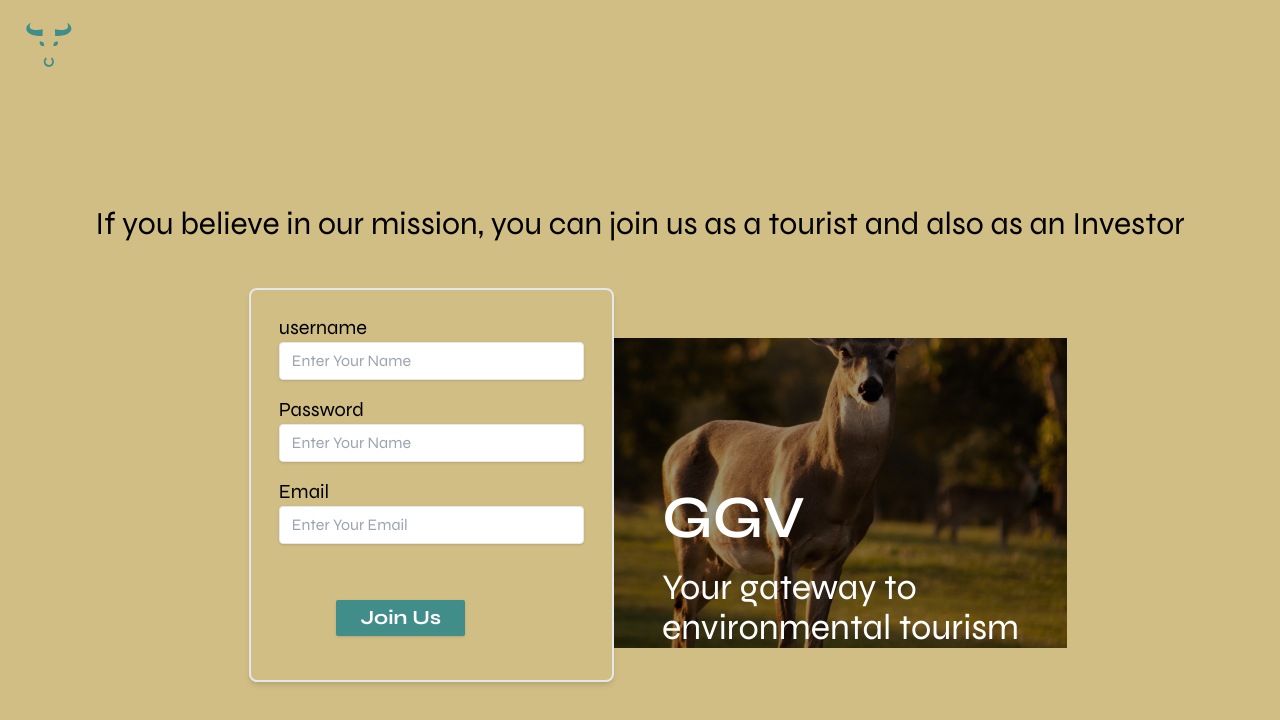
Repository: EngrAhmadUmar/landing-page
Page: /register
The author's editor kept a copy of each file at every save. The page is drawn from the files as they stood at one save, then again after the next save.
The browser window is 1280 px wide. The pictures show the whole page.
The project was rebuilt for these pictures with package versions that can differ from the ones it lists, and the page was loaded fresh each time. The framework's server and built-in components were replaced by stand-ins that run in the browser. Also part of the build but not shown: next.config.js, styles/Home.module.css, src/Components/ApplyPageComponents/ApplyForm.jsx, src/Components/ApplyPageComponents/LoginForm.jsx.

Above is the page before, as saved 2022-07-06 10:49:45.

### pages/_app.js
import "../styles/globals.css";
import { ApolloClient, InMemoryCache, ApolloProvider } from "@apollo/client";

//apollo clients
const client = new ApolloClient({
  uri: "http://localhost:1337/graphql",
  cache: new InMemoryCache()
});

function MyApp({ Component, pageProps }) {
  return (
    <ApolloProvider client={client}>
      <Component {...pageProps} />
    </ApolloProvider>
  );
}

export default MyApp;

### pages/register.js
import React from "react";
import { RegisterForm } from "../src/Components/ApplyPageComponents/Index";

export default function Login() {
  return (
    <React.Fragment>
      <div className="bg-[#d1be84] h-[100vh]">
        <RegisterForm />
      </div>
    </React.Fragment>
  );
}

### styles/globals.css
@import url("https://fonts.googleapis.com/css2?family=Poppins:wght@400;500;600&family=Syne:wght@400;500;600;700&display=swap");

@tailwind base;
@tailwind components;
@tailwind utilities;

### src/Components/ApplyPageComponents/Index.jsx
export { default as ApplyForm } from "./ApplyForm";
export { default as LoginForm } from "./LoginForm";
export { default as RegisterForm } from "./RegisterForm";

### src/Components/ApplyPageComponents/RegisterForm.jsx
import { gql, useMutation } from "@apollo/client";
import Head from "next/head";
import Image from "next/image";
import { useState } from "react";
import styles from "../../../styles/Home.module.css";

const reg = gql`
  mutation joinUs($username: String!, $email: String!, $password: String!) {
    register(
      input: { username: $username, email: $email, password: $password }
    ) {
      jwt
      user {
        id
        email
      }
    }
  }
`;

const JoinUs = () => {
  const [username, setUsername] = useState("");
  const onChangeUsername = (e) => {
    setUsername(e.target.value);
  };
  const [email, setEmail] = useState("");
  const onChangeEmail = (e) => {
    setEmail(e.target.value);
  };
  const [password, setPassword] = useState("");
  const onChangePassword = (e) => {
    setPassword(e.target.value);
  };

  const [joinUs, { data, loading, error }] = useMutation(reg, {
    variables: {
      username: username,
      email: email,
      password: password
    }
  });

  const onSubmit = (e) => {
    e.preventDefault();
    if (username === "" || email === "" || password === "") {
      return alert("please fill in all fields");
    }
    joinUs(username, password, email);

    setEmail("");
    setPassword("");
    setUsername("");
  };

  return (
    <div className=" font-syne " id="joinUs">
      <Head>
        <title>Welcome to GGV</title>
        <meta name="description" content="Join Our Family" />
      </Head>
      <div className="w-[50px] h-40 pt-5 ml-6">
        <Image
          src="/logo.svg"
          layout="responsive"
          width={5}
          height={5}
          opacity={100}
        />
      </div>
      <div className="">
        {/* <div className="max-w-[90vw]">
          <h3 className="text-4xl font-semibold text-center ">Join Us</h3>
          <div className={`${styles.header} ${"text-center w-[85vw]"}`}></div>
        </div> */}

        <p className="text-center mt-8 px-4 leading-loose text-[1.3rem] md:text-[1.5rem] lg:text-[2rem] lg:px-[4rem]">
          If you believe in our mission, you can join us as a tourist and also
          as an Investor{" "}
        </p>
      </div>

      <div className="max-w-md md:max-w-3xl lg:max-w-full ml-[5vh] mt-8 flex items-center justify-center">
        <form
          onSubmit={onSubmit}
          className="pt-6 pb-8 mb-4 border-2 rounded-lg shadow-md px-7 border-gray "
        >
          <div className="mb-4">
            <label className="text-lg md:text-xl">username</label>
            <input
              type="text"
              name="username"
              value={username}
              onChange={(e) => onChangeUsername(e)}
              placeholder="Enter Your Name"
              className="w-full px-3 py-2 leading-tight text-gray-700 border rounded shadow appearance-none focus:outline-none focus:shadow-outline"
            />
          </div>
          <div className="mb-4">
            <label className="text-lg md:text-xl">Password</label>
            <input
              type="text"
              name="password"
              value={password}
              onChange={onChangePassword}
              placeholder="Enter Your Name"
              className="w-full px-3 py-2 leading-tight text-gray-700 border rounded shadow appearance-none focus:outline-none focus:shadow-outline"
            />
          </div>
          <div className="mb-6">
            <label className="text-lg md:text-xl">Email</label>
            <input
              type="email"
              className="w-full px-3 py-2 leading-tight text-gray-700 border rounded shadow appearance-none focus:outline-none focus:shadow-outline"
              name="email"
              onChange={onChangeEmail}
              placeholder="Enter Your Email"
              value={email}
            />
          </div>

          {/* <div>
            <label className="text-lg md:text-xl">Password</label>
            <input
              type="text"
              ref={passwordInputRef}
              className="w-full px-3 py-2 leading-tight text-gray-700 border rounded shadow appearance-none focus:outline-none focus:shadow-outline"
              placeholder="Enter Your Password"
              value={enteredPassword}
              onChange={passwordChangeHandler}
            />
          </div> */}
          {/* <div className="flex items-center mt-4">
            <div>
              <input type="checkbox" className="mr-2 leading-tight" />
              <span className="text-sm text-center md:text-lg">Tourist</span>
            </div>
            <div className="ml-5">
              <input type="checkbox" className="mr-2 leading-tight" />
              <span className="text-sm text-center md:text-xl">Investor</span>
            </div>
          </div> */}

          <div className="mt-5 ml-[8vh]">
            <button className="shadow bg-green focus:shadow-outline focus:outline-none text-white font-bold px-6 md:text-xl rounded-sm mt-8 mb-3 py-1">
              {loading ? "Sending" : "Join Us"}
            </button>
          </div>
        </form>

        <div className="md:flex hidden text-white bg-[url('/apply_for_visa_bg.png')]  bg-cover bg-no-repeat sm:bg-center md:bg-bottom lg:bg-bottom xl:bg-bottom 2xl:center">
          <div className="mt-[50px] md:mt-[150px] mx-4 md:mx-12">
            <h3 className="  text-4xl md:text-5xl lg:text-6xl font-semibold">
              GGV
            </h3>
            <p className="max-w-md md:max-w-xl text-2xl md:text-4xl mt-5">
              Your gateway to <br></br>environmental tourism
            </p>
          </div>
          <div></div>
        </div>
      </div>
      <>
        {data && (
          <div>
            <h1>Token: {data.register?.jwt}</h1>
            <span>UserID: {data.register.user?.id} </span>
            <span>UserEmail: {data.register.user?.email} </span>
          </div>
        )}
      </>

      <div></div>
    </div>
  );
};

export default JoinUs;

### tailwind.config.js
/** @type {import('tailwindcss').Config} */
module.exports = {
  content: [
    "./pages/**/*.{js,ts,jsx,tsx}",
    "./components/**/*.{js,ts,jsx,tsx}",
    "./src/Components/**/*.{js,ts,jsx,tsx}"
  ],
  theme: {
    extend: {
      colors: {
        black: "#000107",
        green: "#418D89"
      },
      fontFamily: {
        syne: ["Syne"]
      }
    }
  },
  plugins: []
};

After the next save:
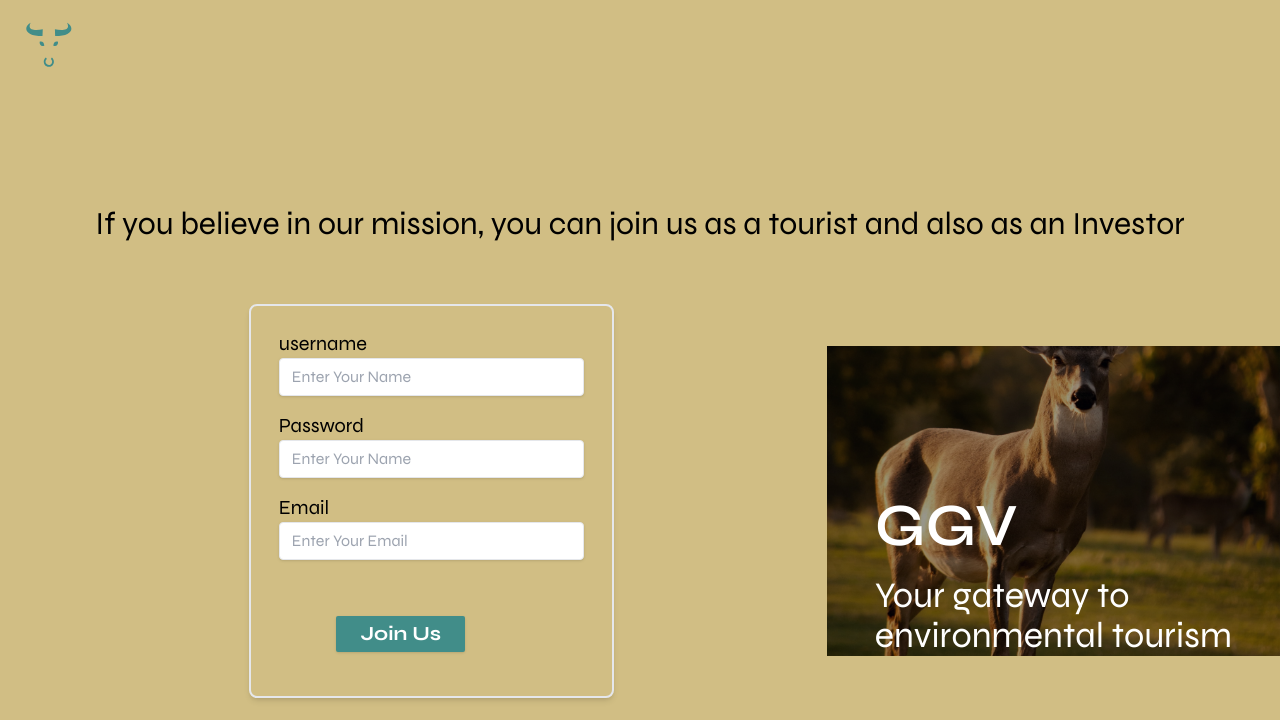
Saved 118 s later.
--- a/src/Components/ApplyPageComponents/RegisterForm.jsx
+++ b/src/Components/ApplyPageComponents/RegisterForm.jsx
@@ -82,7 +82,7 @@ const JoinUs = () => {
       <div className="max-w-md md:max-w-3xl lg:max-w-full ml-[5vh] mt-8 flex items-center justify-center">
         <form
           onSubmit={onSubmit}
-          className="pt-6 pb-8 mb-4 border-2 rounded-lg shadow-md px-7 border-gray "
+          className="shadow-md rounded-lg px-7 pt-6 pb-8 m-4 lg:mx-12 xl:mx-auto border-gray border-2"
         >
           <div className="mb-4">
             <label className="text-lg md:text-xl">username</label>
